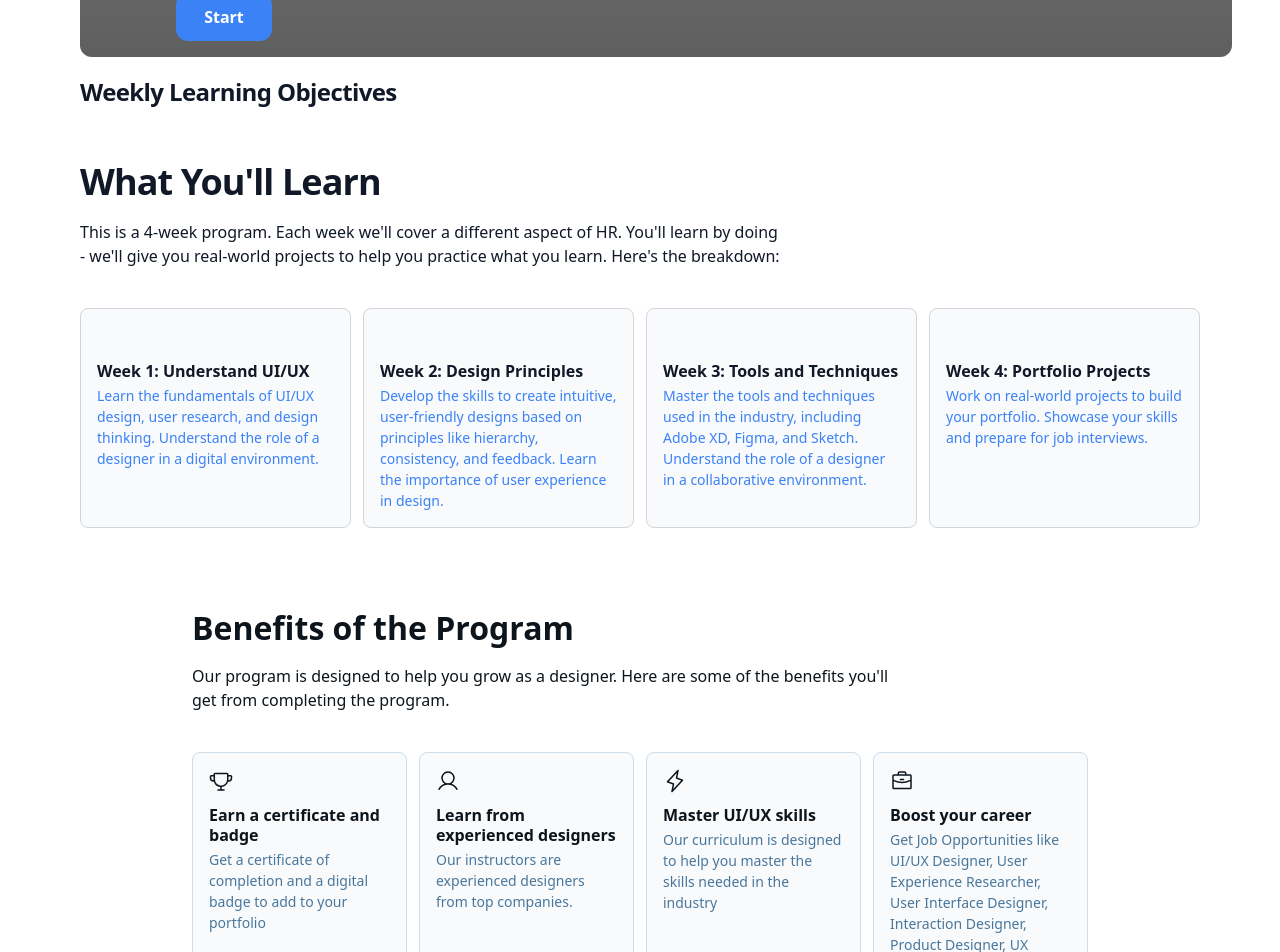
Repository: DhOMNE/HR
Page: /
An editor plug-in stored every save of this project. The page is shown before and after a run of saves, followed by the edit.
The browser window is 1280 px wide. The pictures show the part of the page from y = 567 to 1519 px (the page is 4368 px tall before and 4392 px after).
Pictures or frames that could not be fetched are drawn as grey boxes. The project was rebuilt for these pictures with package versions that can differ from the ones it lists, and the page was loaded fresh each time.

Above is the page before, as saved 2024-08-26 11:01:16.

### src/Componenets/Hero.jsx
import React from 'react';

const Hero = () => {
  return (
    <div className="flex justify-center max-w-6xl mx-auto flex-col">
      <div className="w-full mt-16">
        <div
          className="relative left-4 p-4 w-97 h-[560px] rounded-xl "
          style={{ backgroundImage: "url('https://cdn.usegalileo.ai/sdxl10/f19572df-3304-4064-aa15-f19df58d4b06.png')" }}
        >
          <div className="absolute inset-0 bg-gradient-to-t from-black/40 to-black/10 rounded-xl"></div>
          <div className="relative flex flex-col gap-4 w-full h-full justify-end items-start pl-20 mb-16 max-sm:pl-3">
            <h1 className="text-white text-5xl font-bold">
            Master HR in just 4 Weeks
            </h1>
            <h2 className="text-white text-lg font-normal">
            Our live, online HR workshop helps you build the skills to excel in the industry, get hired, and earn more.
            </h2>
            <div className="w-full">
              <button className="w-24 py-3 rounded-xl px-4 bg-blue-500 text-white text-base font-bold leading-normal hover:shadow-lg hover:shadow-gray-600">
                <span className="truncate">Start</span>
              </button>
            </div>
          </div>
        </div>

        <div className="w-full">
          <h1 className="text-gray-900 text-2xl font-bold leading-tight tracking-tight px-4 text-left pb-3 pt-5">
            Weekly Learning Objectives
          </h1>

          <div className="flex flex-col gap-10 px-4 py-10">
            <div className="flex flex-col gap-4">
              <h1 className="text-gray-900 text-4xl font-black leading-tight tracking-tight max-w-[720px]">
                What You'll Learn
              </h1>
              <p className="text-gray-900 text-base font-normal leading-normal max-w-[720px]">
              This is a 4-week program. Each week we'll cover a different aspect of HR. You'll learn by doing <br/>- we'll give you real-world projects to help you practice what you learn. Here's the breakdown:
              </p>
            </div>

            <div className="grid grid-cols-[repeat(auto-fit,minmax(158px,1fr))] gap-3">
              {[
                {
                  title: "Week 1: Understand UI/UX",
                  description: "Learn the fundamentals of UI/UX design, user research, and design thinking. Understand the role of a designer in a digital environment.",
                  icon: "path-to-icon-1", // replace with your SVG paths
                },
                {
                  title: "Week 2: Design Principles",
                  description: "Develop the skills to create intuitive, user-friendly designs based on principles like hierarchy, consistency, and feedback. Learn the importance of user experience in design.",
                  icon: "path-to-icon-2",
                },
                {
                  title: "Week 3: Tools and Techniques",
                  description: "Master the tools and techniques used in the industry, including Adobe XD, Figma, and Sketch. Understand the role of a designer in a collaborative environment.",
                  icon: "path-to-icon-3",
                },
                {
                  title: "Week 4: Portfolio Projects",
                  description: "Work on real-world projects to build your portfolio. Showcase your skills and prepare for job interviews.",
                  icon: "path-to-icon-4",
                },
              ].map((item, index) => (
                <div key={index} className="flex flex-1 gap-3 rounded-lg border border-gray-300 bg-slate-50 p-4 flex-col cursor-pointer hover:shadow-lg hover:shadow-gray-600">
                  <div className="text-gray-900">
                    <svg xmlns="http://www.w3.org/2000/svg" width="24px" height="24px" fill="currentColor" viewBox="0 0 256 256">
                      <path d={item.icon}></path>
                    </svg>
                  </div>
                  <div className="flex flex-col gap-1">
                    <h2 className="text-gray-900 text-base font-bold leading-tight">{item.title}</h2>
                    <p className="text-blue-500 text-sm font-normal leading-normal">
                      {item.description}
                    </p>
                  </div>
                </div>
              ))}
            </div>
          </div>
        </div>
      </div>
    </div>
  );
};

export default Hero;

### src/Componenets/EmployerPartners.jsx
import React from 'react';

const EmployerPartners = () => {
  return (
    <div className= "md:px-52 px-4 font-inter w-full">
      <h1 className="text-[#0d151c] tracking-light text-[32px] font-bold leading-tight px-4 text-center pb-8 pt-6">
        Our Employer Partners
      </h1>
      <div className="grid grid-cols-[repeat(auto-fit,minmax(168px,1fr))] gap-3">
        {[
          "https://cdn.usegalileo.ai/sdxl10/70ebdf53-18a5-41e4-b706-625bf73a1b76.png",
          "https://cdn.usegalileo.ai/sdxl10/d49ef172-0dfc-4b6d-a5b5-2e9ceaa714f5.png",
          "https://cdn.usegalileo.ai/sdxl10/030ac155-b7a3-41db-942d-26c9010d5763.png",
          "https://cdn.usegalileo.ai/sdxl10/a7333b6a-c870-430e-a740-313e88e3eaa4.png",
          "https://cdn.usegalileo.ai/sdxl10/51151cc1-b54f-49e5-8533-4b297ef796ba.png",
          "https://cdn.usegalileo.ai/sdxl10/fa974156-5500-4990-a688-3c7205878831.png",
          "https://cdn.usegalileo.ai/sdxl10/0ad9f026-f3a1-4ae8-b53e-3fc5d4c46dd1.png",
          "https://cdn.usegalileo.ai/sdxl10/204cc2f5-585d-4878-af98-bddeae082269.png",
        ].map((image, index) => (
          <div key={index} className="flex flex-col gap-3">
            <div
              className="w-full bg-center bg-no-repeat aspect-video bg-cover rounded-xl"
              style={{ backgroundImage: `url(${image})` }}
            ></div>
          </div>
        ))}
      </div>
      <div className="flex px-4 py-3 justify-end">
       <a href="https://hubnex.in/"> <button className="flex min-w-[84px] max-w-[480px] cursor-pointer items-center justify-center overflow-hidden rounded-xl h-10 px-4 bg-[#2094f3] text-slate-50 text-sm font-bold leading-normal tracking-[0.015em]">
          <span className="truncate">Get started</span>
        </button></a>
      </div>
      <h1 className="text-[#0d151c] tracking-light text-[32px] font-bold leading-tight px-4 text-center pb-3 pt-6">
        What Our Students Say
      </h1>
      <div className="flex flex-col gap-8 overflow-x-hidden bg-slate-50 p-4">
        {[
          {
            name: "Rachel Williams",
            date: "June 1, 2024",
            review:
              "The program is fantastic. It's helped me learn a lot about HR. I've improved my skills, learned new tools, and gained valuable insights. I've also learned a lot about the industry and the role of an HR Specialist.",
            likes: 5,
          },
          {
            name: "John Smith",
            date: "May 15, 2024",
            review:
              "I learned a lot from this program. The instructors were great, and the content was very relevant. I've already started applying what I learned in my projects, and I'm seeing results. I would definitely recommend this program to others.",
            likes: 7,
          },

          {
            name: "Sarah Johnson",
            date: "April 30, 2024",
            review:
              "This program is excellent. It covers all the essential HR skills, and the instructors are very knowledgeable. I've gained a lot of valuable insights that I can apply to my work. I'm looking forward to the next session.",
            likes: 4,
          },

        ].map((testimonial, index) => (
          <div key={index} className="flex flex-col gap-3 bg-slate-50">
            <div className="flex-1">
              <p className="text-[#0d151c] text-base font-medium leading-normal">{testimonial.name}</p>
              <p className="text-[#49779c] text-sm font-normal leading-normal">{testimonial.date}</p>
            </div>
            <div className="flex gap-0.5">
              {Array(5)
                .fill("")
                .map((_, i) => (
                  <div key={i} className="text-[#2094f3]" data-icon="Star" data-size="20px" data-weight="fill">
                    <svg
                      xmlns="http://www.w3.org/2000/svg"
                      width="20px"
                      height="20px"
                      fill="currentColor"
                      viewBox="0 0 256 256"
                    >
                      <path d="M234.5,114.38l-45.1,39.36,13.51,58.6a16,16,0,0,1-23.84,17.34l-51.11-31-51,31a16,16,0,0,1-23.84-17.34L66.61,153.8,21.5,114.38a16,16,0,0,1,9.11-28.06l59.46-5.15,23.21-55.36a15.95,15.95,0,0,1,29.44,0h0L166,81.17l59.44,5.15a16,16,0,0,1,9.11,28.06Z"></path>
                    </svg>
                  </div>
                ))}
            </div>
            <p className="text-[#0d151c] text-base font-normal leading-normal">{testimonial.review}</p>
            <div className="flex gap-9 text-[#49779c]">
              <button className="flex items-center gap-2">
                <div className="text-inherit" data-icon="ThumbsUp" data-size="20px" data-weight="regular">
                  <svg
                    xmlns="http://www.w3.org/2000/svg"
                    width="20px"
                    height="20px"
                    fill="currentColor"
                    viewBox="0 0 256 256"
                  >
                    <path d="M234,80.12A24,24,0,0,0,216,72H160V56a40,40,0,0,0-40-40,8,8,0,0,0-7.16,4.42L75.06,96H32a16,16,0,0,0-16,16v88a16,16,0,0,0,16,16H204a24,24,0,0,0,23.82-21l12-96A24,24,0,0,0,234,80.12ZM32,112H72v88H32ZM223.94,97l-12,96a8,8,0,0,1-7.94,7H88V105.89l36.71-73.43A24,24,0,0,1,144,56V80a8,8,0,0,0,8,8h64a8,8,0,0,1,7.94,9Z"></path>
                  </svg>
                </div>
                <p className="text-inherit">{testimonial.likes}</p>
              </button>
              <button className="flex items-center gap-2">
                <div className="text-inherit" data-icon="ThumbsDown" data-size="20px" data-weight="regular">
                  <svg
                    xmlns="http://www.w3.org/2000/svg"
                    width="20px"
                    height="20px"
                    fill="currentColor"
                    viewBox="0 0 256 256"
                  >
                    <path d="M239.82,157l-12-96A24,24,0,0,0,204,40H32A16,16,0,0,0,16,56v88a16,16,0,0,0,16,16H75.06l37.78,75.58A8,8,0,0,0,120,240a40,40,0,0,0,40-40V184h56a24,24,0,0,0,23.82-27ZM72,144H32V56H72Zm150,21.29a7.88,7.88,0,0,1-6,2.71H152a8,8,0,0,0-8,8v24a24,24,0,0,1-19.29,23.54L88,150.11V56H204a8,8,0,0,1,7.94,7l12,96A7.87,7.87,0,0,1,222,165.29Z"></path>
                  </svg>
                </div>
              </button>
            </div>
          </div>
        ))}
      </div>
    </div>
  );
};

export default EmployerPartners;

### src/Componenets/Footer/Footer.jsx
import React from "react";
import "./Footer.css";

const Footer = () => {
  return (
    <>
      <footer className="footer">
        <div className="newsletter">
          <h2>
            {" "}
            <img src="Images/logo.png" alt="logo" /> Hubnex Educate
          </h2>
          <div className="flex-container1">
            <p className="title1">
              Signup for our{" "}
              <span style={{ fontWeight: "bold" }}>Newsletter</span>
            </p>
            <input
              className="input1"
              type="search"
              placeholder="Enter your email"
            />
            <img className="imag2" src="Images/righticon.png" alt="icon" />
          </div>
        </div>
        <hr />
        <div className="footer-info">
          <div className="company-info">
            <h3>COMPANY</h3>
            <ul>
              <li>
                <a href="#about">About Us</a>
              </li>
              <li>
                <a href="#privacy">Privacy policy</a>
              </li>
              <li>
                <a href="#blog">Blog</a>
              </li>
              <li>
                <a href="#careers">Careers</a>
              </li>
            </ul>
          </div>
          <div className="support">
            <h3>Support</h3>
            <ul>
              <li>
                <a href="#contact">Contact Us</a>
              </li>
              <li>
                <a href="#community">Community</a>
              </li>
            </ul>
          </div>
          <div className="socials">
            <h3>Socials</h3>
            <li>
              <a
                href="https://www.facebook.com"
                target="_blank"
                rel="noopener noreferrer"
              >
                <img src="./facebook.png" alt="facebook" target="blank" />
              </a>
            </li>
            <li>
              <a
                href="https://www.linkedin.com"
                target="_blank"
                rel="noopener noreferrer"
              >
                <img src="./linkdin.png" alt="linkdin" />
              </a>
            </li>
            <li>
              <a
                href="https://x.com/i/flow/login"
                target="_blank"
                rel="noopener noreferrer"
              >
                <img src="./twitter.png" alt="twitter" />
              </a>
            </li>
          </div>
          <div className="fotter-img">
            <img src="./fotter-img.png" alt="fotter-img" />
          </div>
        </div>
      </footer>
      <div className="footer-bottom">
        <img className="imag5" src="Images/copyright.png" alt="copyright" />
        <p className="pt1">2024 Hubnex educate. All rights reserved.</p>

      </div>
    </>
  );
};

export default Footer;

### src/Componenets/Footer/Footer.css
@import url("https://fonts.googleapis.com/css2?family=Inter:wght@100..900&display=swap");
@import url("https://fonts.googleapis.com/css2?family=DM+Sans:ital,opsz,wght@0,9..40,100..1000;1,9..40,100..1000&display=swap");
@import url("https://fonts.googleapis.com/css2?family=DM+Sans:ital,opsz,wght@0,9..40,100..1000;1,9..40,100..1000&family=Manrope:wght@200..800&display=swap");

.footer {
  width: 100%;
  height: 418px;
  background-color: black;
  color: white;
  padding: 20px;
  text-align: center;
}

hr {
  border: 3px solid #ffffff80;
}
.newsletter {
  margin-bottom: 10px;
  text-align: right;
}

.newsletter h2 {
  text-align: left;
  font-size: 1.9em;
  position: relative;
  top: 40px;
  left: 10px;
  font-family: Inter;
  font-size: 32px;
  font-weight: 700;
  line-height: 26.4px;
  text-align: left;
  display: flex;
  gap: 10px;
}

.newsletter p {
  margin-bottom: 10px;
  margin-right: 70px;
  font-family: Manrope;
  font-size: 20px;
  font-weight: 400;
  line-height: 27.32px;
}

.newsletter input {
  padding: 10px;
  width: 287px;
}

.newsletter button {
  padding: 10px 20px;
  margin-left: 10px;
  background-color: #007bff;
  color: white;
  border: none;
  cursor: pointer;
}

.footer-info {
  display: flex;
  gap: 120px;
  margin-top: 30px;
  margin-left: 10px;
  font-family: Manrope;
}

.company-info,
.support {
  text-align: left;
}

.company-info ul,
.support ul {
  list-style: none;
  padding: 0px;
}

.company-info li,
.support li {
  margin: 25px 0;
  list-style: none;
  padding: 0px;
}

.company-info a,
.support a {
  color: white;
  text-decoration: none;
}

.socials {
  text-align: center;
}

.socials h3 {
  margin-bottom: 15px;
  font-family: Manrope;
  font-size: 20px;
  font-weight: 700;
  line-height: 27.32px;
  text-align: left;
  margin-left: 20px;
}

.socials li {
  display: inline-block;
  margin: 0 10px;
  list-style: none;
}

.socials li a img {
  width: 40px;
  height: 40px;
  transition: transform 0.3s ease;
}

.socials li a img:hover {
  transform: scale(1.1);
}

.fotter-img {
  display: flex;
  justify-content: flex-end;
  position: relative;
  left: 10%;
  top: 20px;
}

.fotter-img img {
  width: 80%;
  height: 90%;
  transition: transform 0.3s ease;
}

.fotter-img img:hover {
  transform: scale(1.1);
}

.input1 {
  width: 287px;
  height: 44px;

  padding: 10px 24px;
  gap: 147px;
  border-radius: 12px 10px 10px 10px;
  opacity: 0px;
  border: none;
}

.imag2 {
  position: relative;
  right: 40px;
  top: 8px;
}

.footer-bottom {
  display: flex;
  align-items: center;
  padding-left: 35%;
  margin: 10px;
  gap: 12px;
  opacity: 0px;
}

.pt1 {
  text-align: center;
  font-family: Inter;
  font-size: 16px;
  font-weight: 400;
  line-height: 24px;
  color: #000000;
}

.imag5 {
  width: 20px;
  height: 20px;
}

/* Media Queries */
@media (max-width: 780px) {
  .footer {
    height: auto;
    padding: 10px;
  }

  .newsletter h2 {
    font-size: 1.1em;
    top: 10px;
  }

  .newsletter p {
    font-size: 16px;
  }

  .footer-info {
    gap: 110px;
  }

  .socials h3 {
    font-size: 16px;
    margin-left: 0;
  }

  .socials li {
    margin: 0 5px;
  }

  .socials li a img {
    width: 25px;
    height: 25px;
  }

  .fotter-bottom {
    align-items: center;
    gap: 12px;
    margin-left: -60px;
  }

  .imag2 {
    position: relative;
    right: 40px;
  }

  .fotter-img {
    display: flex;
    justify-content: flex-end;
    position: relative;
    left: 0;
    top: 10px;
  }

  .fotter-img img {
    width: 100%;
    height: 60%;
    position: relative;
    top: 90px;
    right: 40px;
    transition: transform 0.3s ease;
  }

  .fotter-img img:hover {
    transform: scale(1.1);
  }

  .pt1 {
    text-align: center;
    position: relative;
    right: 50px;
  }

  .imag5 {
    position: relative;
    right: 50px;
  }
}

@media (max-width: 600px) {
  .footer {
    height: auto;
    padding: 10px;
  }

  .newsletter h2 {
    font-size: 1em;
    top: 5px;
  }

  .newsletter p {
    font-size: 14px;
  }

  .footer-info {
    flex-direction: column;
    align-items: center;
    gap: 15px;
  }

  .fotter-img img {
    width: 60%;
    height: 60%;
    position: relative;
    top: -6px;
    right: 0px;
  }

  .socials h3 {
    font-size: 14px;
    margin-left: 0;
  }

  .socials li {
    margin: 0 3px;
  }

  .socials li a img {
    width: 20px;
    height: 20px;
  }

  .footer-bottom {
    padding: 10px;
  }

  .pt1 {
    text-align: center;
    font-family: Inter;
    font-size: 16px;
    font-weight: 400;
    line-height: 20px;
    color: #000000;
    position: relative;
    left: 20px;
  }

  .imag5 {
    width: 20px;
    height: 20px;
    position: relative;
    left: 25px;
  }
}

@media (max-width: 375px) {
  .footer {
    height: auto;
    width: 380px;
  }

  .newsletter h2 {
    font-size: 0.9em;
    top: 0;
  }

  .newsletter p {
    font-size: 12px;
  }

  .footer-info {
    gap: 10px;
  }

  .fotter-img img {
    width: 100%;
    position: relative;
    left: 0;
  }

  .socials h3 {
    font-size: 12px;
    margin-left: 0;
  }

  .socials li {
    margin: 0 2px;
  }

  .socials li a img {
    width: 18px;
    height: 18px;
  }

  .footer-bottom {
    padding: 10px;
  }

  .pt1 {
    text-align: center;
    font-family: Inter;
    font-size: 16px;
    font-weight: 400;
    line-height: 20px;
    color: #000000;
    position: relative;
    left: 20px;
  }

  .imag5 {
    width: 20px;
    height: 20px;
    position: relative;
    left: 25px;
    bottom: 9px;
  }
}

@media (max-width: 1024px) {
  .fotter-img {
    display: flex;
    justify-content: flex-end;
    position: relative;
    left: 0;
    top: 10px;
  }

  .fotter-img img {
    width: 100%;
    height: 60%;
    position: relative;
    transition: transform 0.3s ease;
  }

  .fotter-img img:hover {
    transform: scale(1.1);
  }
}

Loaded but not shown: src/index.js (common file); src/index.css (common file); src/reportWebVitals.js (common file); tailwind.config.js (common file); src/App.js (20 lines, source omitted); src/Componenets/FAQ.jsx (192 lines, source omitted); src/Componenets/Benefitdesigner.jsx (155 lines, source omitted)

After the next 3 saves:
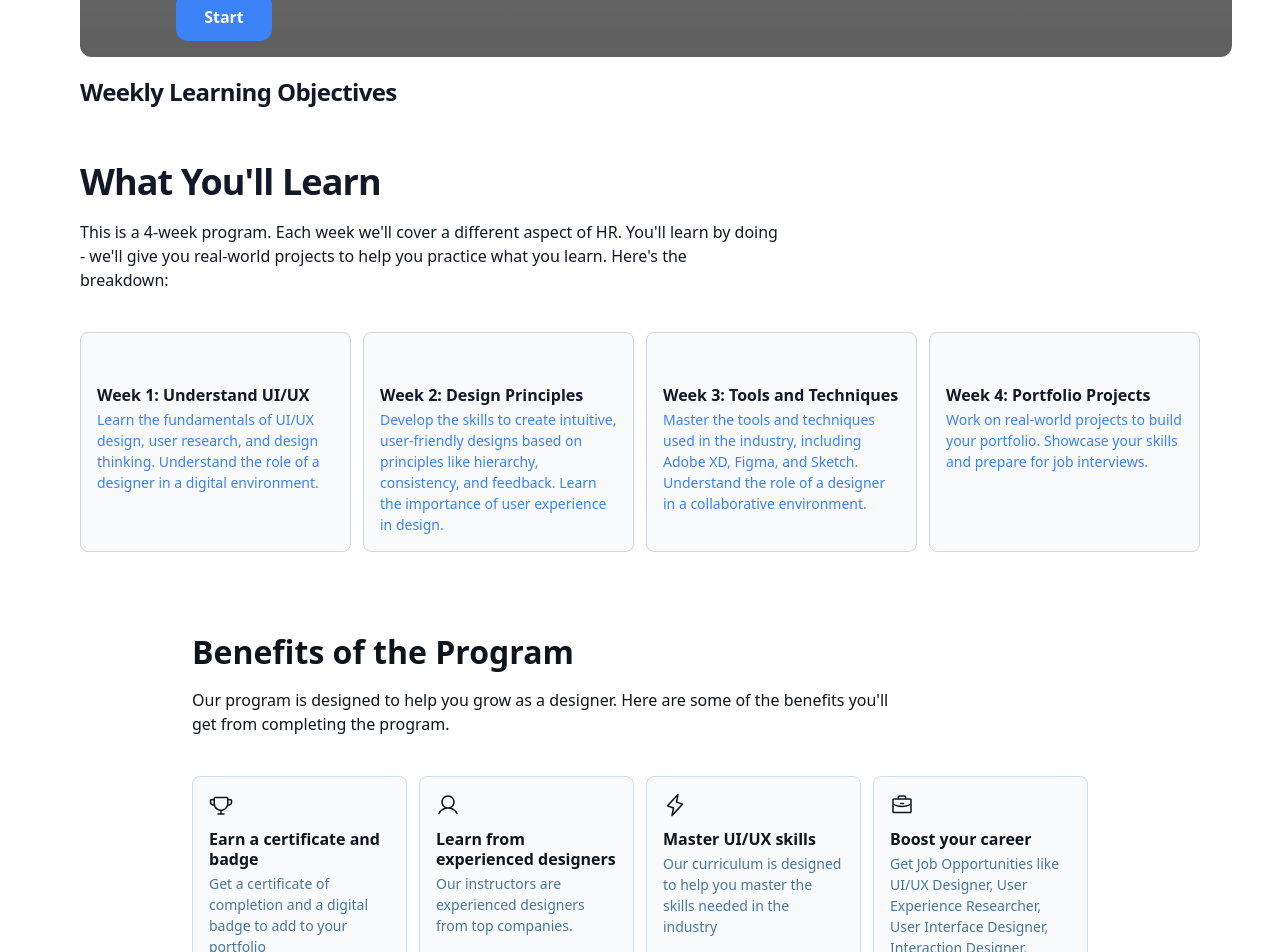
The 3 saves are shown as one change because they came seconds apart.
The last was saved 16 s later.
--- a/src/Componenets/Hero.jsx
+++ b/src/Componenets/Hero.jsx
@@ -35,7 +35,7 @@ const Hero = () => {
                 What You'll Learn
               </h1>
               <p className="text-gray-900 text-base font-normal leading-normal max-w-[720px]">
-              This is a 4-week program. Each week we'll cover a different aspect of HR. You'll learn by doing <br/>- we'll give you real-world projects to help you practice what you learn. Here's the breakdown:
+              This is a 4-week program. Each week we'll cover a different aspect of HR. You'll learn by doing <br/>- we'll give you real-world projects to help you practice what you learn. Here's the<br/> breakdown:
               </p>
             </div>
 
